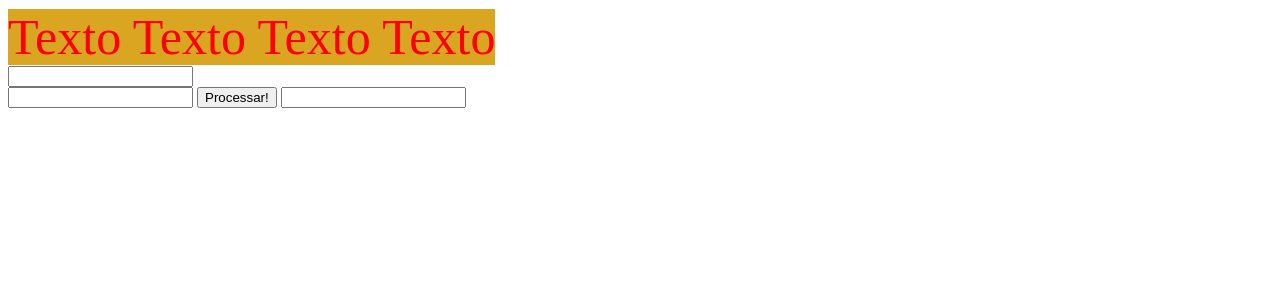
Repository: Zenxdu/eduardo
Page: html/anatomiaTag.html
These files come from the project's save history. The page is drawn as it stood at one moment and after the next save; the edit follows.
The browser window is 1280 px wide. The pictures show the whole page.

Above is the page before, as saved 2023-01-09 16:00:44.

After the next save:
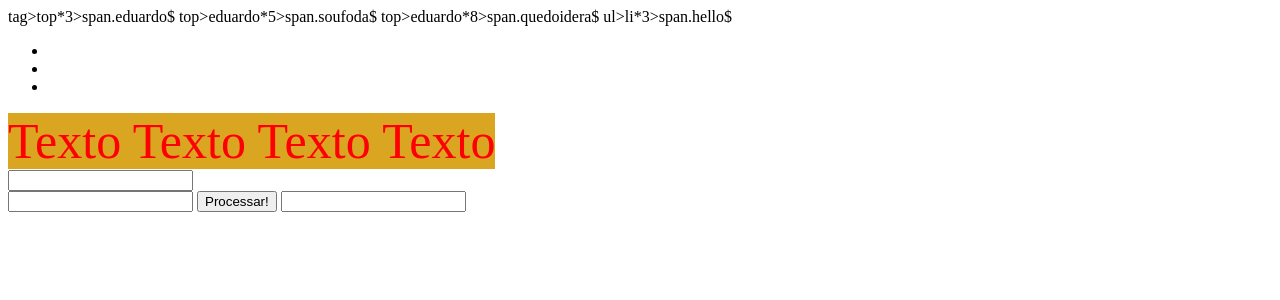
Saved 7 min 15 s later.
--- a/html/anatomiaTag.html
+++ b/html/anatomiaTag.html
@@ -1,6 +1,43 @@
 <html>
   <TAG>
    <!-- Corpo da Tag -->
+
+   tag>top*3>span.eduardo$
+   <tag>
+    <top><span class="eduardo1"></span></top>
+    <top><span class="eduardo2"></span></top>
+    <top><span class="eduardo3"></span></top>
+   </tag>
+
+   top>eduardo*5>span.soufoda$
+   <top>
+    <eduardo><span class="soufoda1"></span></eduardo>
+    <eduardo><span class="soufoda2"></span></eduardo>
+    <eduardo><span class="soufoda3"></span></eduardo>
+    <eduardo><span class="soufoda4"></span></eduardo>
+    <eduardo><span class="soufoda5"></span></eduardo>
+   </top>
+
+   top>eduardo*8>span.quedoidera$
+   <top>
+    <eduardo><span class="quedoidera1"></span></eduardo>
+    <eduardo><span class="quedoidera2"></span></eduardo>
+    <eduardo><span class="quedoidera3"></span></eduardo>
+    <eduardo><span class="quedoidera4"></span></eduardo>
+    <eduardo><span class="quedoidera5"></span></eduardo>
+    <eduardo><span class="quedoidera6"></span></eduardo>
+    <eduardo><span class="quedoidera7"></span></eduardo>
+    <eduardo><span class="quedoidera8"></span></eduardo>
+   </top>
+
+
+   ul>li*3>span.hello$
+   <ul>
+    <li><span class="hello1"></span></li>
+    <li><span class="hello2"></span></li>
+    <li><span class="hello3"></span></li>
+   </ul>
+
    <bla>
        <opa>Texto</opa>
        <opa>Texto</opa>
